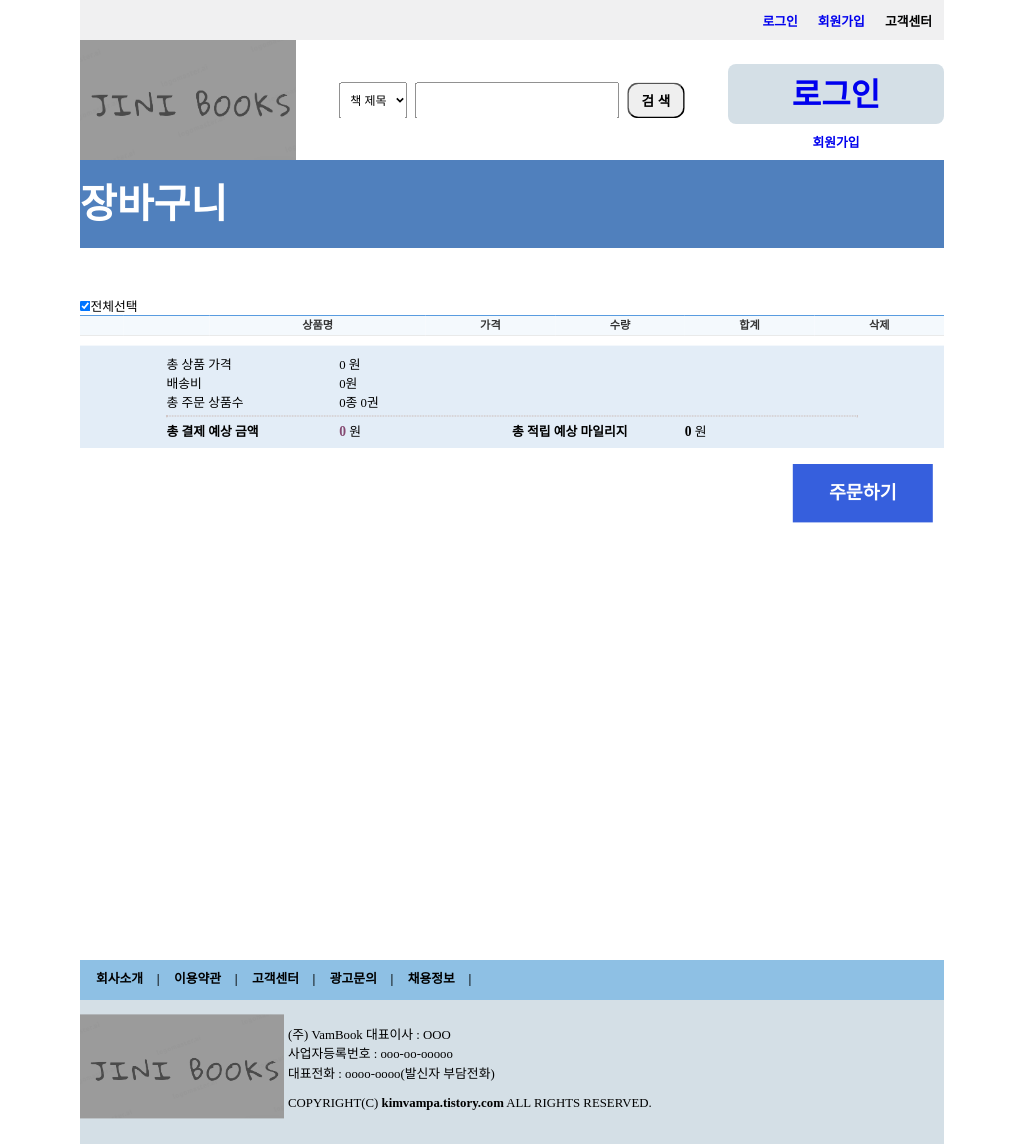
Repository: leechanjin7/ShoppingMall
Page: http://localhost/ShoppingMall/WEB-INF/views/cart.jsp
An editor plug-in stored every save of this project. The page is shown before and after the next save, followed by the edit.
The browser window is 1280 px wide. The pictures show the whole page, at 80% of full size.
The page is served by Tomcat 9. Nobody is signed in. The template is opened directly, without the code that normally fills it, so the values that code supplies are empty.

Above is the page before, as saved 2023-09-12 05:43:29.

After the next save:
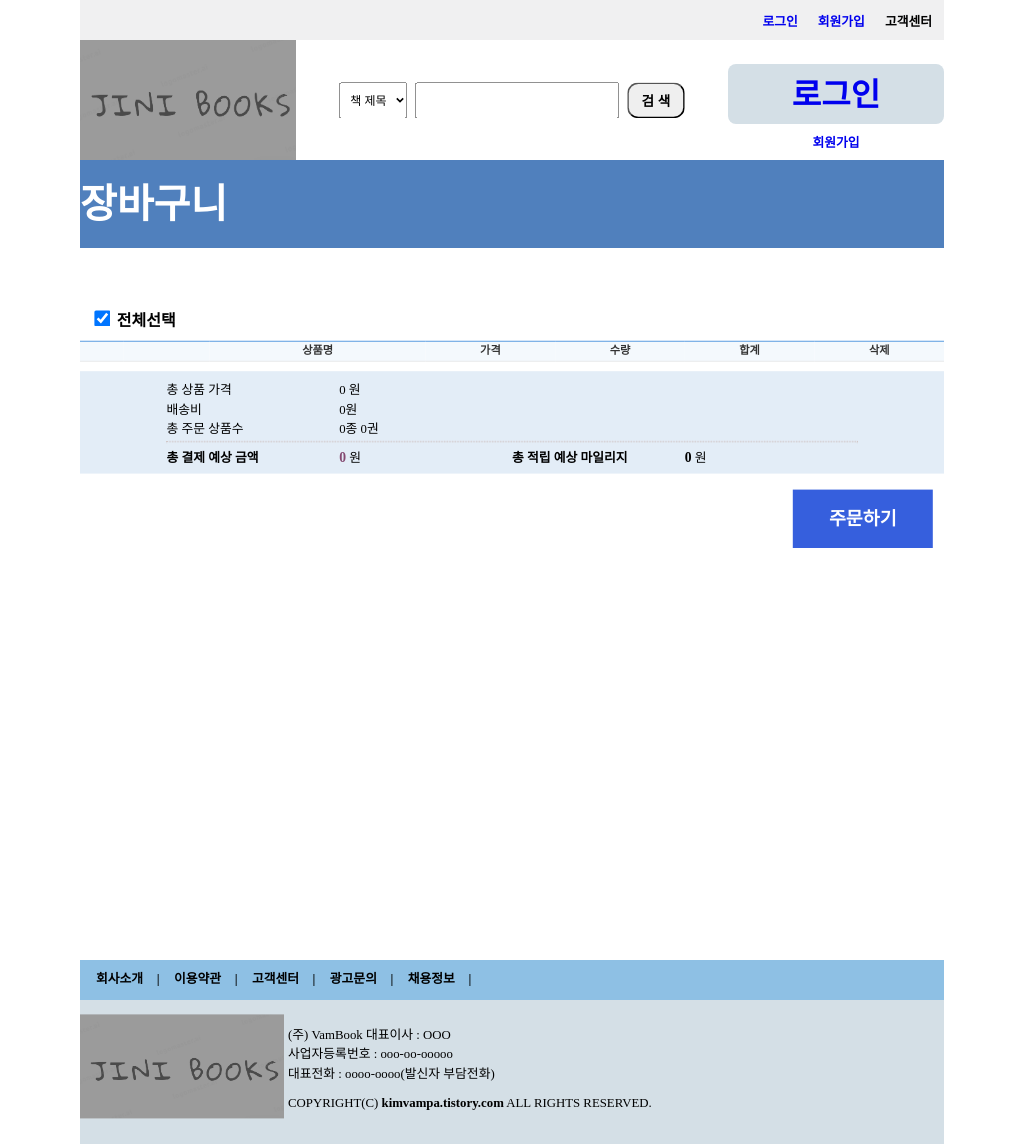
Saved 33 min 31 s later.
--- a/workspace/ShoppingMall/src/main/webapp/resources/css/cart.css
+++ b/workspace/ShoppingMall/src/main/webapp/resources/css/cart.css
@@ -453,6 +453,21 @@ th {
 	margin: 5px 0 5px 0;
 }
 
+.input_size_20 {
+	width: 20px;
+	height: 20px;
+}
+
+.all_check_input {
+	margin: 18px 0 18px 18px;
+}
+
+.all_chcek_span {
+	padding-left: 8px;
+	font-size: 20px;
+	font-weight: bold;
+}
+
 /* footer navai 영역 */
 .footer_nav {
 	width: 100%;
